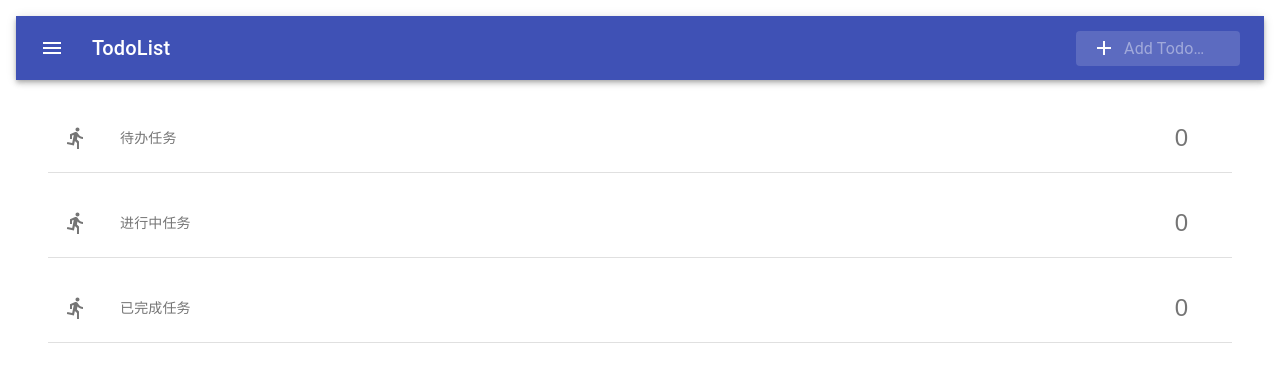
Repository: harperl71/TodoList
Page: /
The author's editor kept a copy of each file at every save. The page is drawn from the files as they stood at one save, then again after the next save.
The browser window is 1280 px wide. The pictures show the whole page.
The project was rebuilt for these pictures with package versions that can differ from the ones it lists, and the page was loaded fresh each time. Also part of the build but not shown: src/components/content/task-item/index.tsx.

Above is the page before, as saved 2021-05-21 09:01:41.

After the next save:
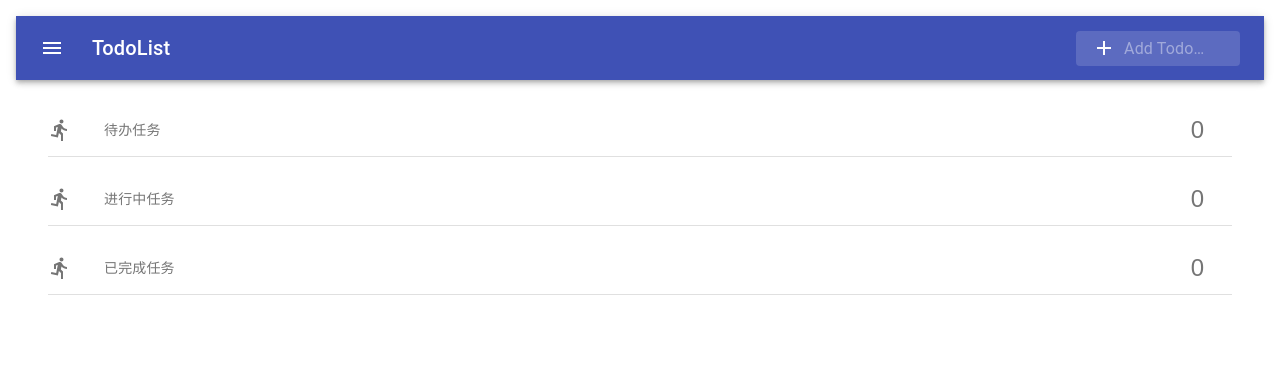
Saved 38 s later.
--- a/src/components/content/task-list/index.tsx
+++ b/src/components/content/task-list/index.tsx
@@ -43,7 +43,7 @@ const TaskList = ({ title, status }: Iprops) => {
     <div className={classes.list}>
       <section className={classes.listTitle} id={title}>
         <List component="nav" aria-label="main mailbox folders">
-          <ListItem button>
+          <ListItem className={classes.listHeader} button>
             <ListItemIcon>
               <DirectionsRunIcon />
             </ListItemIcon>
